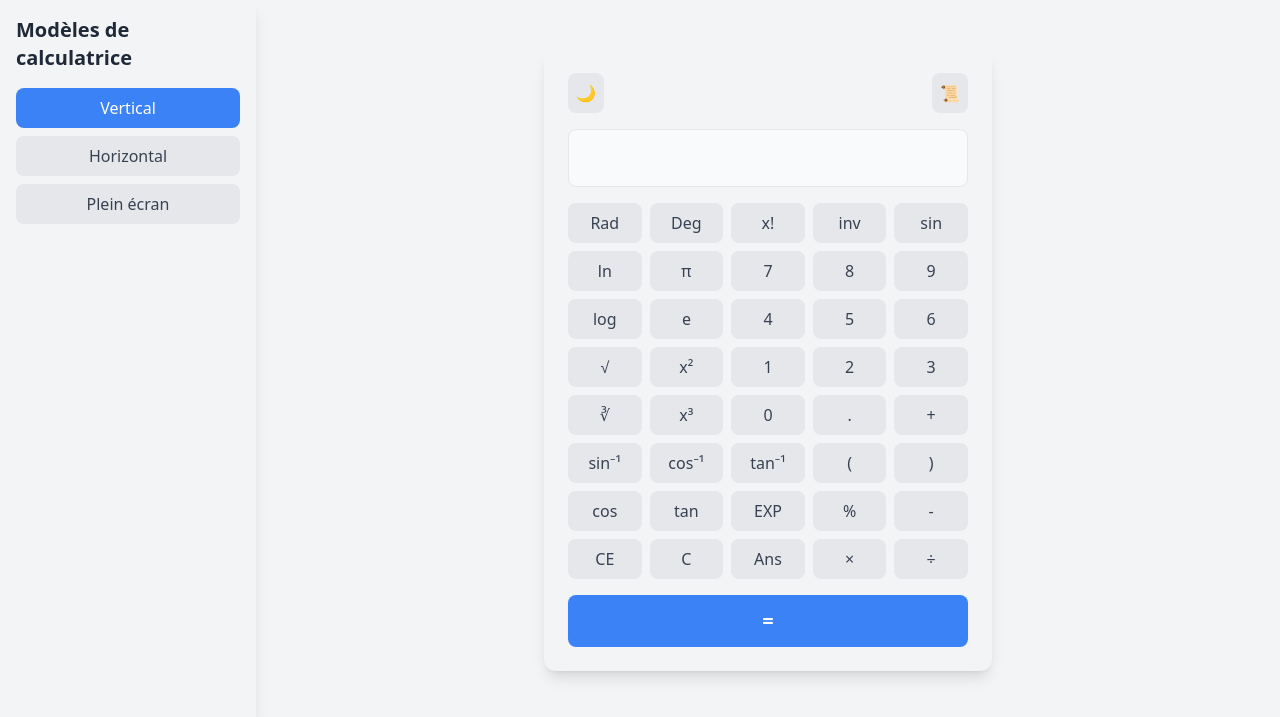
Repository: Sirinegaddour11/Calculator-App
Page: /
These files come from the project's save history. The page is drawn as it stood at one moment and after the next save; the edit follows.
The browser window is 1280 px wide. The pictures show the whole page.
The project was rebuilt for these pictures with package versions that can differ from the ones it lists, and the page was loaded fresh each time. The framework's server and built-in components were replaced by stand-ins that run in the browser. Also part of the build but not shown: next.config.mjs.

Above is the page before, as saved 2024-09-16 19:59:25.

After the next save:
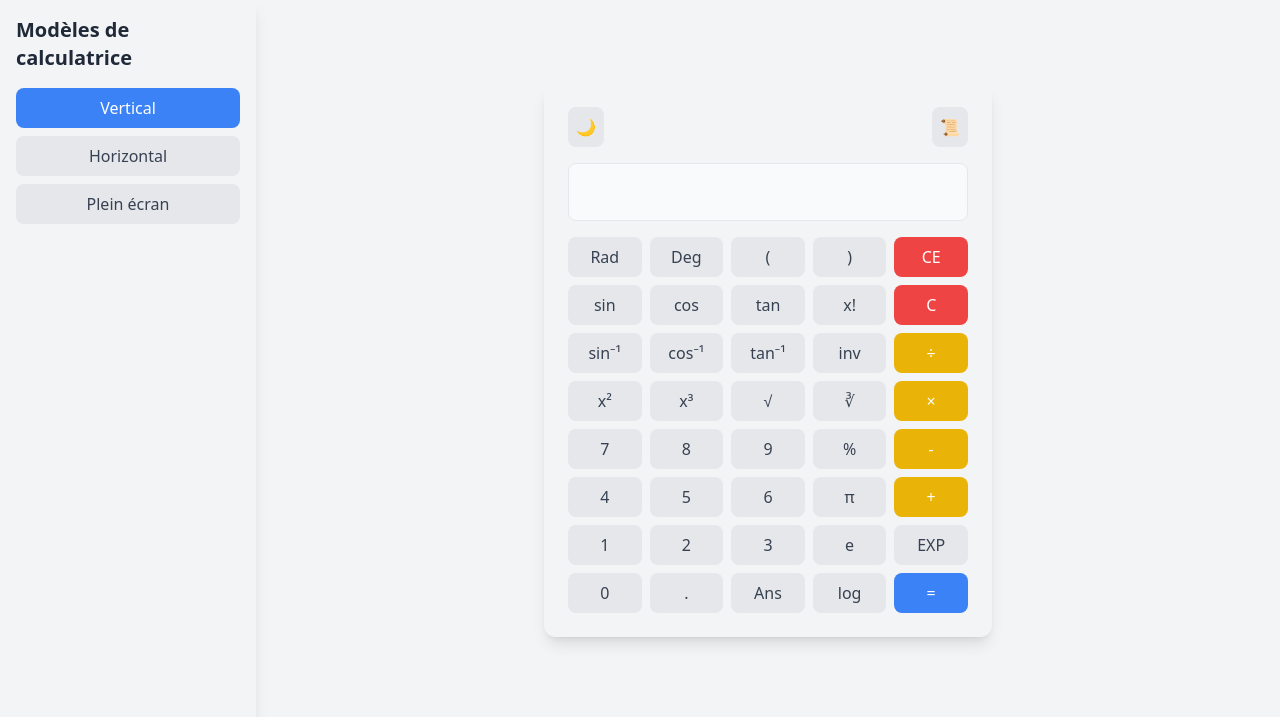
Saved 14 s later.
--- a/components/calculator.tsx
+++ b/components/calculator.tsx
@@ -276,39 +276,28 @@ const Calculator: React.FC = () => {
               layout === "horizontal" ? "grid-cols-10" : "grid-cols-5"
             } gap-2`}
           >
-            {[
-              "Rad", "Deg", "x!", "inv", "sin",
-              "ln", "π", "7", "8", "9",
-              "log", "e", "4", "5", "6",
-              "√", "x²", "1", "2", "3",
-              "∛", "x³", "0", ".", "+",
-              "sin⁻¹", "cos⁻¹", "tan⁻¹", "(", ")",
-              "cos", "tan", "EXP", "%", "-",
-              "CE", "C", "Ans", "×", "÷"
-            ].map((btn) => (
-              <button
-                key={btn}
-                className={`p-2 rounded-lg ${
-                  theme === "light"
-                    ? "bg-gray-200 text-gray-700 hover:bg-gray-300"
-                    : "bg-gray-600 text-white hover:bg-gray-500"
-                } transition-colors`}
-                onClick={() => handleButtonClick(btn)}
-              >
-                {btn}
-              </button>
-            ))}
+            {buttonLayout.map((row, rowIndex) =>
+              row.map((btn, btnIndex) => (
+                <button
+                  key={`${rowIndex}-${btnIndex}`}
+                  className={`p-2 rounded-lg ${
+                    btn === "="
+                      ? "bg-blue-500 text-white hover:bg-blue-600"
+                      : ["C", "CE"].includes(btn)
+                      ? "bg-red-500 text-white hover:bg-red-600"
+                      : ["+", "-", "×", "÷"].includes(btn)
+                      ? "bg-yellow-500 text-white hover:bg-yellow-600"
+                      : theme === "light"
+                      ? "bg-gray-200 text-gray-700 hover:bg-gray-300"
+                      : "bg-gray-600 text-white hover:bg-gray-500"
+                  } transition-colors`}
+                  onClick={() => btn === "=" ? handleCalculate() : handleButtonClick(btn)}
+                >
+                  {btn}
+                </button>
+              ))
+            )}
           </div>
-          <button
-            className={`mt-4 w-full p-3 ${
-              theme === "light"
-                ? "bg-blue-500 text-white"
-                : "bg-blue-700 text-white"
-            } rounded-lg hover:bg-blue-600 text-xl font-bold transition-colors`}
-            onClick={handleCalculate}
-          >
-            =
-          </button>
         </div>
       </div>
     </div>
